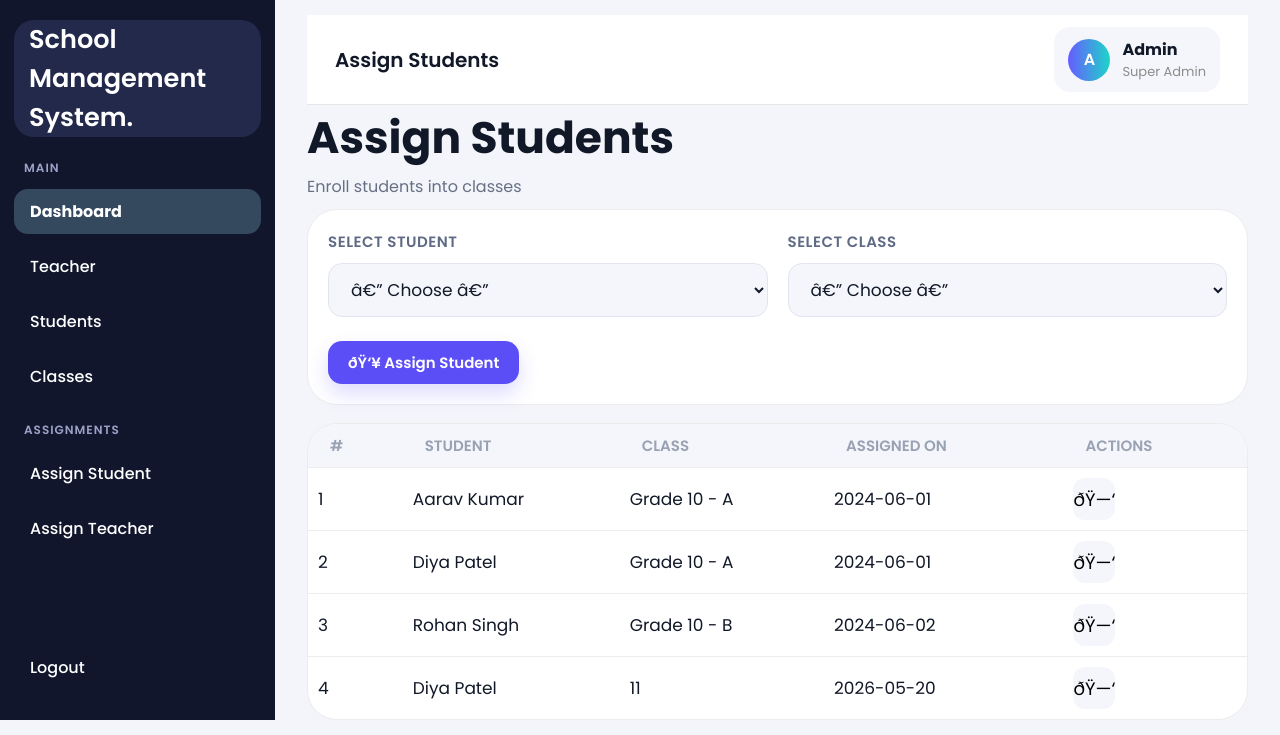
Repository: rohit-rk-07/school_management_system
Page: http://localhost/School_Management_System/admin/assignStudent.jsp
An editor plug-in stored every save of this project. The page is shown before and after the next save, followed by the edit.
The browser window is 1280 px wide. The pictures show the whole page.
The page is served by Tomcat 10. Other server files are loaded and not shown.

Above is the page before, as saved 2026-05-20 06:53:32.

### School_Management_System/src/main/webapp/admin/assignStudent.jsp
<!DOCTYPE html>
<html lang="en">

<head>

    <meta charset="UTF-8">
    <meta name="viewport" content="width=device-width, initial-scale=1.0">

    <title>Assign Students UI</title>

    <link rel="preconnect" href="https://fonts.googleapis.com">

    <link href="https://fonts.googleapis.com/css2?family=Poppins:wght@300;400;500;600;700&display=swap"
        rel="stylesheet">

    <style>

        *{
            margin:0;
            padding:0;
            box-sizing:border-box;
            font-family:'Poppins',sans-serif;
        }

        body{
            background:#f4f5fb;
            color:#111827;
            display: flex;
            flex-direction: row;
            justify-content: space-between;
            align-items: start;
        }

        /* =========================
           TOPBAR
        ========================== */

        .assignStudentTopbar{
            width:100%;
            background:#ffffff;
            padding:12px 28px;
            display:flex;
            justify-content:space-between;
            align-items:center;
            border-bottom:1px solid #e7e7e7;
        }

        .assignStudentTopbarTitle{
            font-size:20px;
            font-weight:600;
        }

        .assignStudentAdminProfile{
            display:flex;
            align-items:center;
            gap:12px;
            background:#f5f6fb;
            padding:10px 14px;
            border-radius:16px;
        }

        .assignStudentAdminAvatar{
            width:42px;
            height:42px;
            border-radius:50%;
            background:linear-gradient(to right,#675cff,#1dd5c8);
            display:flex;
            align-items:center;
            justify-content:center;
            color:#ffffff;
            font-weight:600;
        }

        .assignStudentAdminRole{
            font-size:13px;
            color:#8c8c8c;
        }

        /* =========================
           PAGE CONTAINER
        ========================== */

        .assignStudentPageContainer{
            padding:15px 32px;
            width: 80%;
        }

        .assignStudentPageHeading{
            font-size:44px;
            font-weight:700;
        }

        .assignStudentPageSubtitle{
            color:#667085;
            margin-top:4px;
            margin-bottom:10px;
        }

        /* =========================
           FORM CARD
        ========================== */

        .assignStudentFormCard{
            background:#ffffff;
            border-radius:30px;
            padding:20px;
            border:1px solid #ececec;
            margin-bottom:18px;
        }

        .assignStudentFormGrid{
            display:grid;
            grid-template-columns:1fr 1fr;
            gap:20px;
        }

        .assignStudentFormGroup{
            display:flex;
            flex-direction:column;
        }

        .assignStudentFormLabel{
            margin-bottom:10px;
            font-size:15px;
            font-weight:600;
            color:#5f6b85;
            letter-spacing:0.5px;
        }

        .assignStudentSelectInput{
            width:100%;
            height:54px;
            border:none;
            outline:none;
            background:#f5f6fb;
            border-radius:14px;
            padding:0 18px;
            font-size:17px;
            border:1px solid #e2e5ef;
            color:#111827;
            cursor:pointer;
        }

        /* =========================
           ASSIGN BUTTON
        ========================== */

        .assignStudentButton{
            margin-top:24px;
            border:none;
            background:#5c4ef7;
            color:#ffffff;
            padding:10px 20px;
            border-radius:14px;
            font-size:15px;
            font-weight:600;
            cursor:pointer;
            transition:0.3s;
            box-shadow:0 10px 20px rgba(92,78,247,0.2);
        }

        .assignStudentButton:hover{
            background:#4e40ee;
        }

        /* =========================
           TABLE CARD
        ========================== */

        .assignStudentTableCard{
            background:#ffffff;
            border-radius:30px;
            overflow:hidden;
            border:1px solid #ececec;
        }

        /* =========================
           TABLE
        ========================== */

        .assignStudentDataTable{
            width:100%;
            border-collapse:collapse;
        }

        .assignStudentDataTable thead{
            background:#f5f6fb;
        }

        .assignStudentDataTable th{
            text-align:left;
            padding:10px 22px;
            font-size:15px;
            color:#98a2b3;
            font-weight:600;
        }

        .assignStudentDataTable td{
            padding:10px;
            border-top:1px solid #ececec;
            font-size:17px;
        }

        /* =========================
           DELETE BUTTON
        ========================== */

        .assignStudentDeleteButton{
            width:42px;
            height:42px;
            border:none;
            border-radius:12px;
            background:#f5f6fb;
            cursor:pointer;
            font-size:18px;
        }

        /* =========================
           RESPONSIVE
        ========================== */

        @media(max-width:768px){

            .assignStudentFormGrid{
                grid-template-columns:1fr;
            }

            .assignStudentDataTable{
                display:block;
                overflow-x:auto;
            }

        }

    </style>

</head>

<body>

    <!-- =========================
         TOPBAR
    ========================== -->
	<jsp:include page="sidebar.jsp" />


    <!-- =========================
         PAGE CONTENT
    ========================== -->

    <div class="assignStudentPageContainer">

    <div class="assignStudentTopbar">

        <h2 class="assignStudentTopbarTitle">
            Assign Students
        </h2>

        <div class="assignStudentAdminProfile">

            <div class="assignStudentAdminAvatar">
                A
            </div>

            <div>

                <h4>Admin</h4>

                <p class="assignStudentAdminRole">
                    Super Admin
                </p>

            </div>

        </div>

    </div>

        <!-- PAGE TITLE -->

        <h1 class="assignStudentPageHeading">
            Assign Students
        </h1>

        <p class="assignStudentPageSubtitle">
            Enroll students into classes
        </p>

        <!-- FORM CARD -->

        <div class="assignStudentFormCard">

            <div class="assignStudentFormGrid">

                <!-- STUDENT -->

                <div class="assignStudentFormGroup">

                    <label class="assignStudentFormLabel">
                        SELECT STUDENT
                    </label>

                    <select class="assignStudentSelectInput">

                        <option>
                            — Choose —
                        </option>

                        <option>
                            Aarav Kumar
                        </option>

                        <option>
                            Diya Patel
                        </option>

                        <option>
                            Rohan Singh
                        </option>

                        <option>
                            Sneha Gupta
                        </option>

                    </select>

                </div>

                <!-- CLASS -->

                <div class="assignStudentFormGroup">

                    <label class="assignStudentFormLabel">
                        SELECT CLASS
                    </label>

                    <select class="assignStudentSelectInput">

                        <option>
                            — Choose —
                        </option>

                        <option>
                            Grade 10 - A
                        </option>

                        <option>
                            Grade 10 - B
                        </option>

                        <option>
                            Grade 11 - A
                        </option>

                    </select>

                </div>

            </div>

            <!-- BUTTON -->

            <button class="assignStudentButton">
                👥 Assign Student
            </button>

        </div>

        <!-- TABLE CARD -->

        <div class="assignStudentTableCard">

            <table class="assignStudentDataTable">

                <thead>

                    <tr>

                        <th>#</th>
                        <th>STUDENT</th>
                        <th>CLASS</th>
                        <th>ASSIGNED ON</th>
                        <th>ACTIONS</th>

                    </tr>

                </thead>

                <tbody>

                    <tr>

                        <td>1</td>

                        <td>
                            Aarav Kumar
                        </td>

                        <td>
                            Grade 10 - A
                        </td>

                        <td>
                            2024-06-01
                        </td>

                        <td>

                            <button class="assignStudentDeleteButton">
                                🗑
                            </button>

                        </td>

                    </tr>

                    <tr>

                        <td>2</td>

                        <td>
                            Diya Patel
                        </td>

                        <td>
                            Grade 10 - A
                        </td>

                        <td>
                            2024-06-01
                        </td>

                        <td>

                            <button class="assignStudentDeleteButton">
                                🗑
                            </button>

                        </td>

                    </tr>

                    <tr>

                        <td>3</td>

                        <td>
                            Rohan Singh
                        </td>

                        <td>
                            Grade 10 - B
                        </td>

                        <td>
                            2024-06-02
                        </td>

                        <td>

                            <button class="assignStudentDeleteButton">
                                🗑
                            </button>

                        </td>

                    </tr>

                    <tr>

                        <td>4</td>

                        <td>
                            Diya Patel
                        </td>

                        <td>
                            11
                        </td>

                        <td>
                            2026-05-20
                        </td>

                        <td>

                            <button class="assignStudentDeleteButton">
                                🗑
                            </button>

                        </td>

                    </tr>

                </tbody>

            </table>

        </div>

    </div>

</body>

</html>

### School_Management_System/src/main/webapp/admin/sidebar.jsp
<!DOCTYPE html>
<html lang="en">
<head>
  <meta charset="UTF-8" />
  <meta name="viewport" content="width=device-width, initial-scale=1.0"/>
  <title>School Sidebar</title>

  <style type="text/css">
  *{
  margin:0;
  padding:0;
  box-sizing:border-box;
}

body{
  font-family:'Poppins',sans-serif;
  background:#f4f5fa;
}

.schoolSidebar{
  width:280px;
  height:100vh;
  background:#11162d;
  color:#ffffff;
  padding:20px 14px;
  display:flex;
  flex-direction:column;
  justify-content:space-between;
  /*border-top-right-radius:20px;
  border-bottom-right-radius:20px;*/
  transition:0.3s;
}

.schoolSidebarLogo {
    font-size: 1.6rem;
    font-weight: 600;
    background: #23294b;
    border-radius: 20px;
    padding: 0 15px;
    }

schoolSidebarLogo{
  border-radius:14px;
  background:#23294b;
  display:flex;
  align-items:start;
  justify-content:start;
  font-size:20px;
  margin-bottom:35px;
}

.schoolSidebarMenuTitle{
  color:#9ca3c7;
  font-size:12px;
  letter-spacing:1px;
  margin:22px 10px 12px;
  font-weight:600;
}

.schoolSidebarMenuList{
  list-style:none;
}

.schoolSidebarMenuItem{
  display:flex;
  align-items:center;
  gap:14px;
  padding:10px 16px;
  border-radius:14px;
  margin-bottom:10px;
  color:#b6bdd9;
  cursor:pointer;
  transition:0.3s;
  font-size:15px;
  font-weight:500;
}

.schoolSidebarMenuItem a{
  font-size:16px;
  text-decoration: none;
  color: #fff;
  width: 100%;
  height: 100%;
}

.schoolSidebarMenuItem:hover{
  background:#242b4d;
  color:#ffffff;
}

.schoolSidebarActive{
  background:#4d44cc;
  color:#ffffff;
}

.schoolSidebarMenuItem {

    transition: background-color 0.2s ease;
}


.schoolSidebarMenuItem.schoolSidebarActive {
    background-color: #34495e;
}

.schoolSidebarMenuItem.schoolSidebarActive a {
    color: #ffffff;
    font-weight: bold;
}

@media(max-width:768px){

  .schoolSidebar{
    width:100%;
    height:auto;
    border-radius:0;
  }

}
  </style>

  <link rel="preconnect" href="https://fonts.googleapis.com">
  <link href="https://fonts.googleapis.com/css2?family=Poppins:wght@300;400;500;600;700&display=swap" rel="stylesheet">
</head>

<body>

  <aside class="schoolSidebar">

    <div class="schoolSidebarTop">

      <div class="schoolSidebarLogo">
        School Management System.
      </div>

      <div class="schoolSidebarMenuTitle">
        MAIN
      </div>

      <ul class="schoolSidebarMenuList">

        <li class="schoolSidebarMenuItem schoolSidebarActive">
          <a href="/School_Management_System/admin/dashboard/dashboard.jsp">Dashboard</a>
        </li>

        <li class="schoolSidebarMenuItem">
          <a href="/School_Management_System/admin/manage_teacher/addteacher.jsp">Teacher</a>

        </li>

        <li class="schoolSidebarMenuItem">
          <a href="/School_Management_System/admin/manage_student/addstudent.jsp">Students</a>
        </li>

        <li class="schoolSidebarMenuItem">
          <a href="/School_Management_System/admin/manage_classes/addclasses.jsp">Classes</a>
        </li>

      </ul>

      <div class="schoolSidebarMenuTitle">
        ASSIGNMENTS
      </div>

      <ul class="schoolSidebarMenuList">

        <li class="schoolSidebarMenuItem">
          <a href="/School_Management_System/admin/assign_student/assignStudent.jsp">Assign Student</a>
        </li>

        <li class="schoolSidebarMenuItem">
          <a href="/School_Management_System/admin/assign_teacher/assignTeacher.jsp">Assign Teacher</a>
        </li>

      </ul>

    </div>

    <div class="schoolSidebarBottom">

      <ul class="schoolSidebarMenuList">

        <li class="schoolSidebarMenuItem">
          <a href="/School_Management_System/login/login.jsp">Logout</a>
        </li>

      </ul>

    </div>

  </aside>

  <script>

  document.addEventListener("DOMContentLoaded", function () {
    const currentPath = window.location.pathname;
    const menuLinks = document.querySelectorAll(".schoolSidebarMenuList a");

    menuLinks.forEach(link => {
        const linkPath = link.getAttribute("href");

        if (currentPath.endsWith(linkPath)) {
            document.querySelectorAll(".schoolSidebarMenuItem").forEach(item => {
                item.classList.remove("schoolSidebarActive");
            });

            link.closest(".schoolSidebarMenuItem").classList.add("schoolSidebarActive");
        }
    });
});

  </script>

</body>
</html>

After the next save:
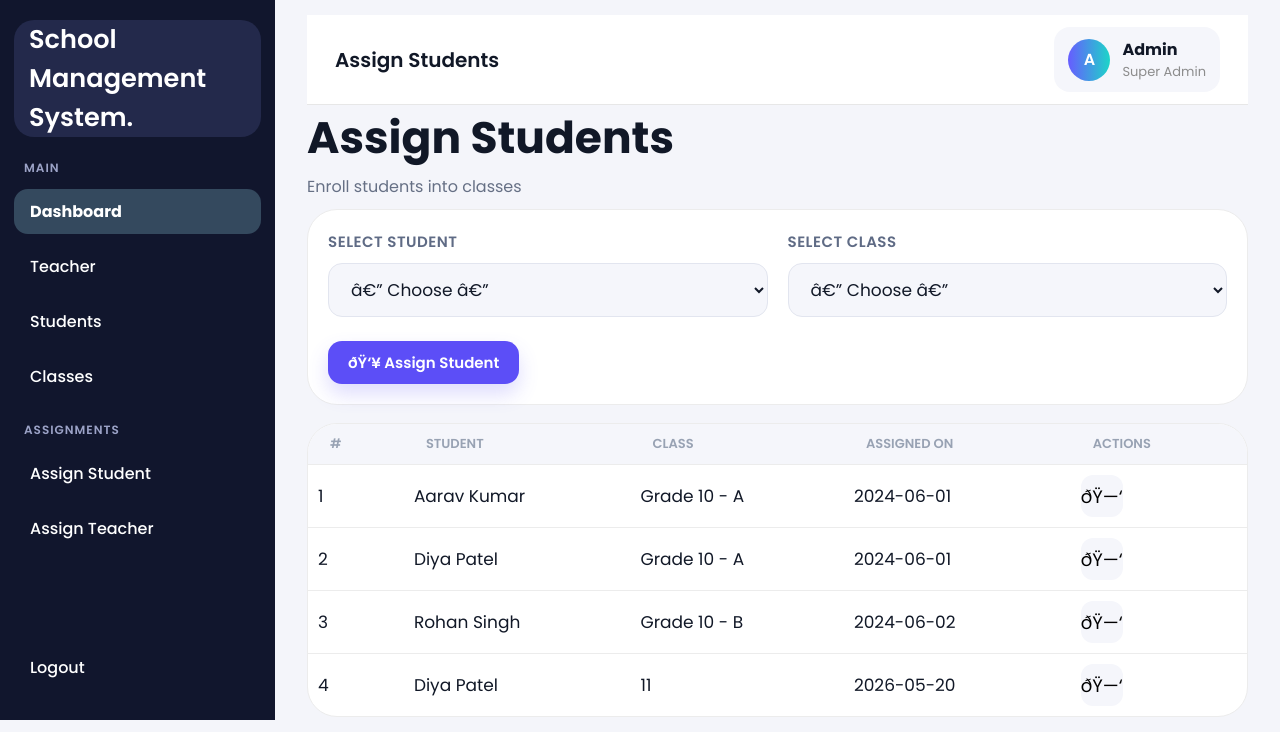
Saved 35 s later.
--- a/School_Management_System/src/main/webapp/admin/assignStudent.jsp
+++ b/School_Management_System/src/main/webapp/admin/assignStudent.jsp
@@ -190,7 +190,7 @@
         .assignStudentDataTable th{
             text-align:left;
             padding:10px 22px;
-            font-size:15px;
+            font-size:13px;
             color:#98a2b3;
             font-weight:600;
         }
